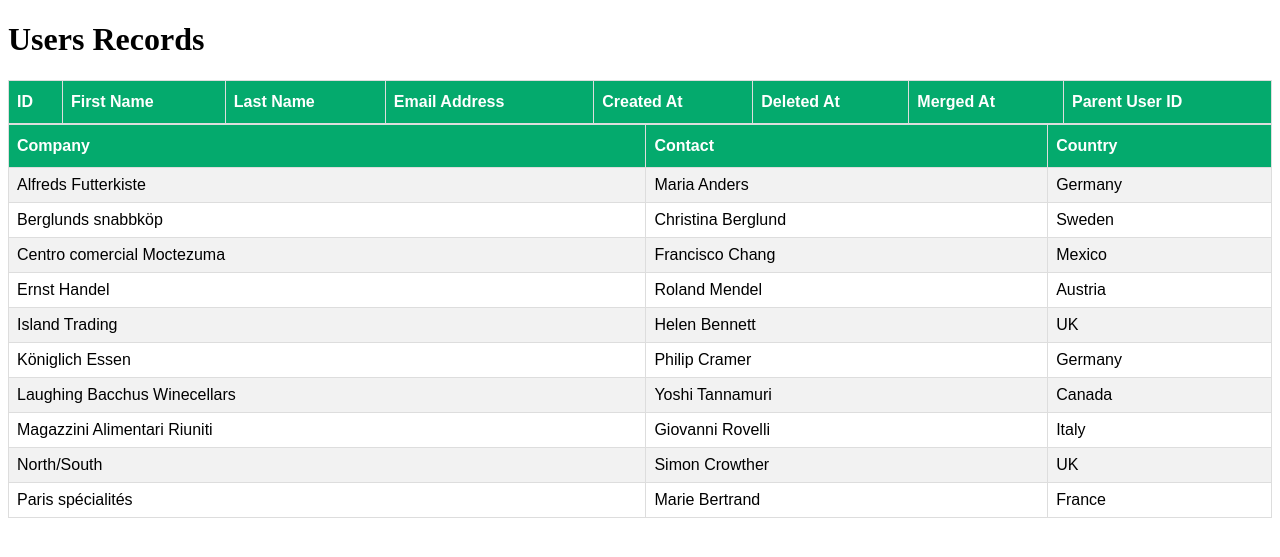
Repository: alihsn2010/Viswals-Assignment
Page: http://localhost/records
The author's editor kept a copy of each file at every save. The page is drawn from the files as they stood at one save, then again after the next save.
The browser window is 1280 px wide. The pictures show the whole page.
The page is this project's Thymeleaf template; nobody is signed in. The template is opened directly, without the code that normally fills it, so the values that code supplies are empty.

Above is the page before, as saved 2023-06-19 17:07:41.

After the next save:
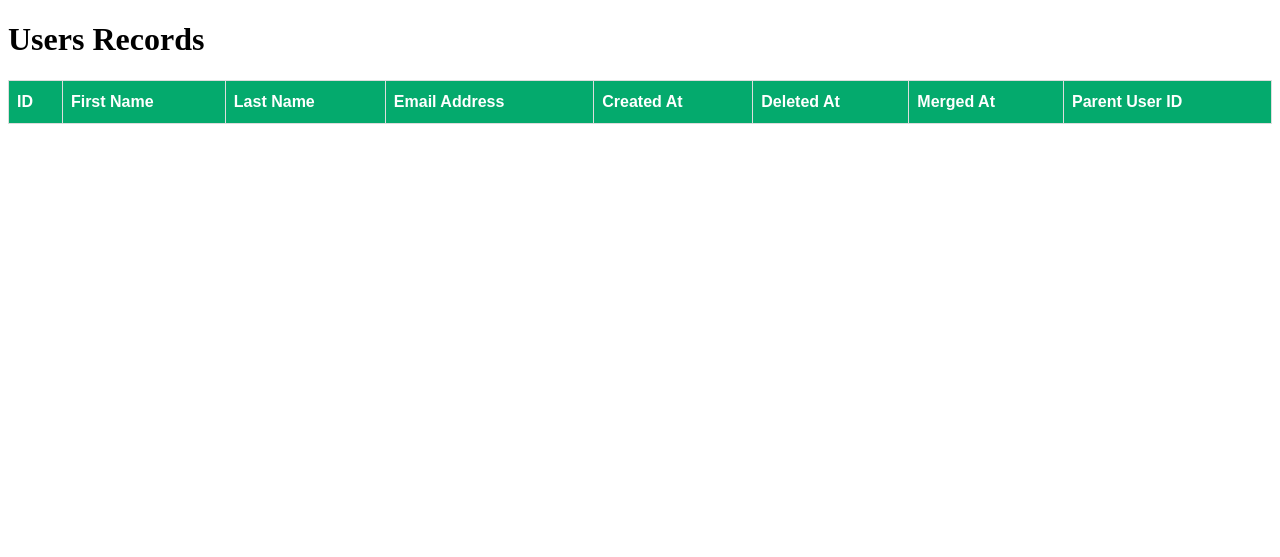
Saved 22 s later.
--- a/ProjectUploadCSV/service/src/main/resources/templates/records.html
+++ b/ProjectUploadCSV/service/src/main/resources/templates/records.html
@@ -60,67 +60,3 @@
 </body>
 
 </html>
-
-
-
-
-<table id="customers">
-  <tr>
-    <th>Company</th>
-    <th>Contact</th>
-    <th>Country</th>
-  </tr>
-  <tr>
-    <td>Alfreds Futterkiste</td>
-    <td>Maria Anders</td>
-    <td>Germany</td>
-  </tr>
-  <tr>
-    <td>Berglunds snabbköp</td>
-    <td>Christina Berglund</td>
-    <td>Sweden</td>
-  </tr>
-  <tr>
-    <td>Centro comercial Moctezuma</td>
-    <td>Francisco Chang</td>
-    <td>Mexico</td>
-  </tr>
-  <tr>
-    <td>Ernst Handel</td>
-    <td>Roland Mendel</td>
-    <td>Austria</td>
-  </tr>
-  <tr>
-    <td>Island Trading</td>
-    <td>Helen Bennett</td>
-    <td>UK</td>
-  </tr>
-  <tr>
-    <td>Königlich Essen</td>
-    <td>Philip Cramer</td>
-    <td>Germany</td>
-  </tr>
-  <tr>
-    <td>Laughing Bacchus Winecellars</td>
-    <td>Yoshi Tannamuri</td>
-    <td>Canada</td>
-  </tr>
-  <tr>
-    <td>Magazzini Alimentari Riuniti</td>
-    <td>Giovanni Rovelli</td>
-    <td>Italy</td>
-  </tr>
-  <tr>
-    <td>North/South</td>
-    <td>Simon Crowther</td>
-    <td>UK</td>
-  </tr>
-  <tr>
-    <td>Paris spécialités</td>
-    <td>Marie Bertrand</td>
-    <td>France</td>
-  </tr>
-</table>
-
-</body>
-</html>
